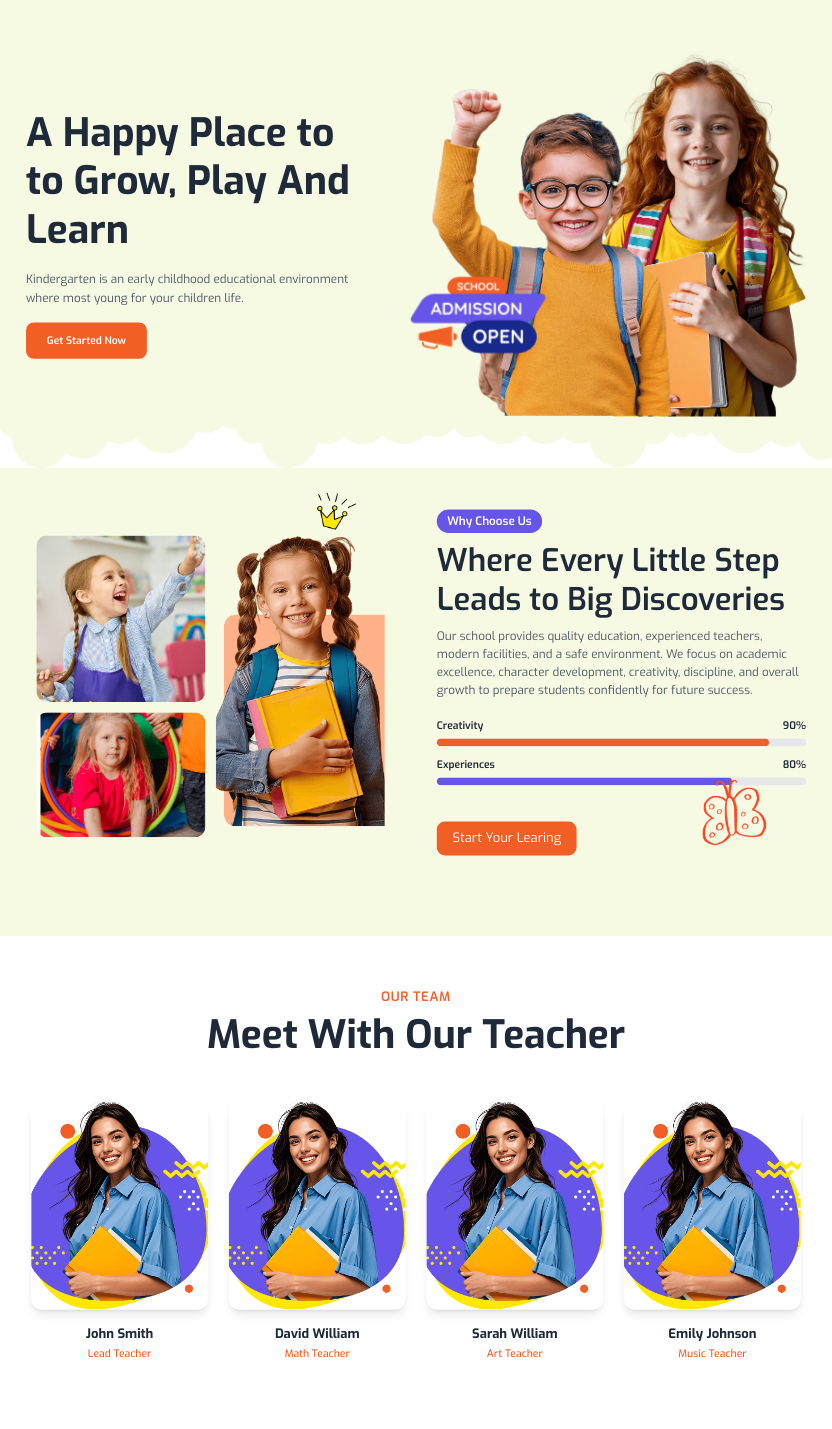
Repository: deepak445566/school
Page: / (app in okwork/)
An editor plug-in stored every save of this project. The page is shown before and after the next save, followed by the edit.
The browser window is 1280 px wide. The pictures show the whole page, at 65% of full size.
Some web fonts or font styles are not loaded; a fallback is used. The project was rebuilt for these pictures with package versions that can differ from the ones it lists, and the page was loaded fresh each time. Some packages were replaced by stand-ins written for this rebuild. Also part of the build but not shown: okwork/vite.config.js.

Above is the page before, as saved 2026-02-18 19:20:58.

After the next save:
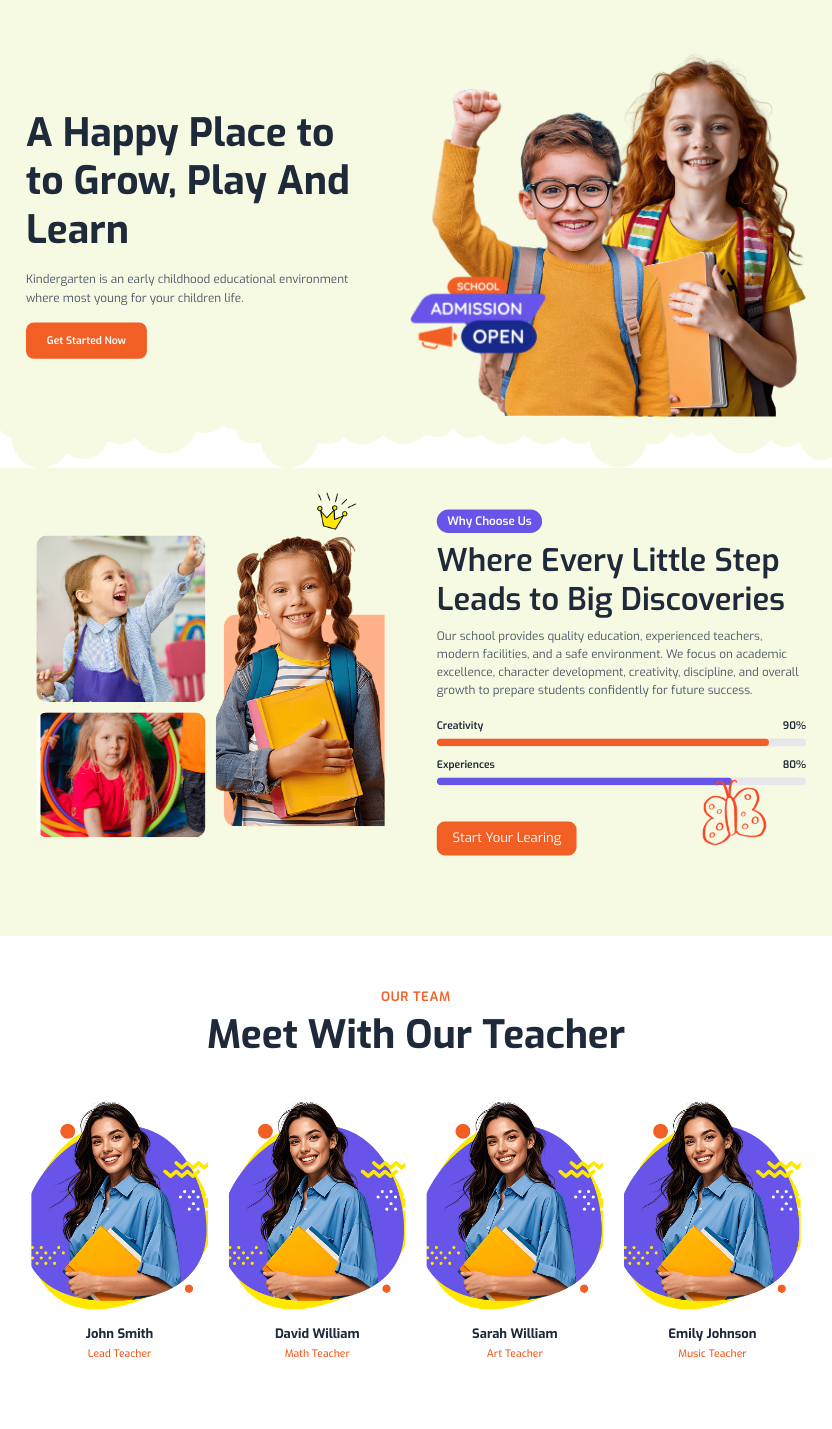
Saved 14 s later.
--- a/okwork/src/components/MeetOurTeachers.jsx
+++ b/okwork/src/components/MeetOurTeachers.jsx
@@ -45,7 +45,7 @@ const MeetOurTeachers = () => {
             <div>
             <div
               key={index}
-              className="group relative bg-white rounded-2xl overflow-hidden shadow-lg hover:shadow-2xl transition-all duration-300 transform hover:-translate-y-2"
+              className="group relative bg-white rounded-2xl overflow-hidden transition-all duration-300 transform hover:-translate-y-2"
             >
               {/* Teacher Image */}
               <div className="relative overflow-hidden h-64 sm:h-72 md:h-80">
